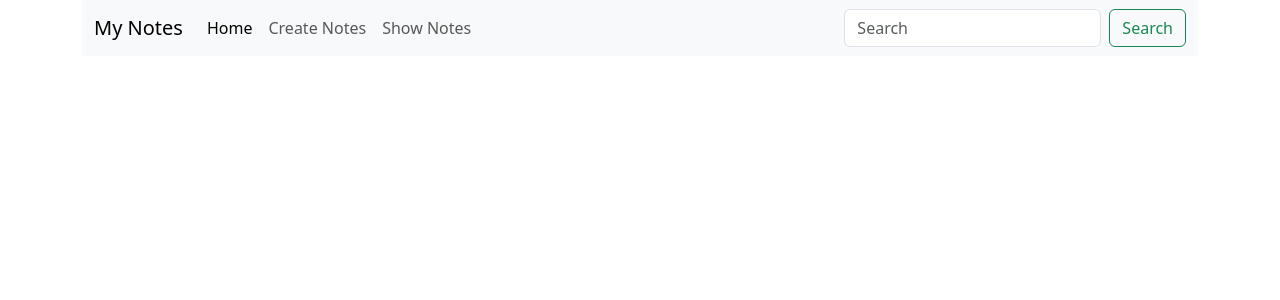
Repository: mrking14/Advance-Java-Projects
Page: http://localhost/NoteTaker/
An editor plug-in stored every save of this project. The page is shown before and after the next save, followed by the edit.
The browser window is 1280 px wide. The pictures show the whole page.
The page is served by Tomcat 9.

Above is the page before, as saved 2023-06-25 09:26:33.

After the next save:
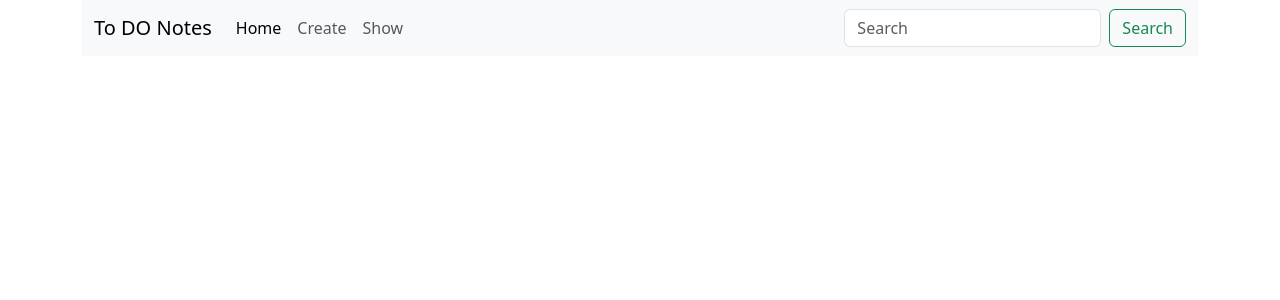
Saved 22 s later.
--- a/NoteTaker/src/main/webapp/navbar.jsp
+++ b/NoteTaker/src/main/webapp/navbar.jsp
@@ -1,6 +1,6 @@
 <nav class="navbar navbar-expand-lg bg-body-tertiary">
   <div class="container-fluid">
-    <a class="navbar-brand" href="#">My Notes</a>
+    <a class="navbar-brand" href="#">To DO Notes</a>
     <button class="navbar-toggler" type="button" data-bs-toggle="collapse" data-bs-target="#navbarSupportedContent" aria-controls="navbarSupportedContent" aria-expanded="false" aria-label="Toggle navigation">
       <span class="navbar-toggler-icon"></span>
     </button>
@@ -10,10 +10,10 @@
           <a class="nav-link active" aria-current="page" href="#">Home</a>
         </li>
         <li class="nav-item">
-          <a class="nav-link" href="#">Create Notes</a>
+          <a class="nav-link" href="#">Create</a>
         </li>
         <li class="nav-item">
-          <a class="nav-link ">Show Notes</a>
+          <a class="nav-link ">Show</a>
         </li>
       </ul>
       <form class="d-flex" role="search">
